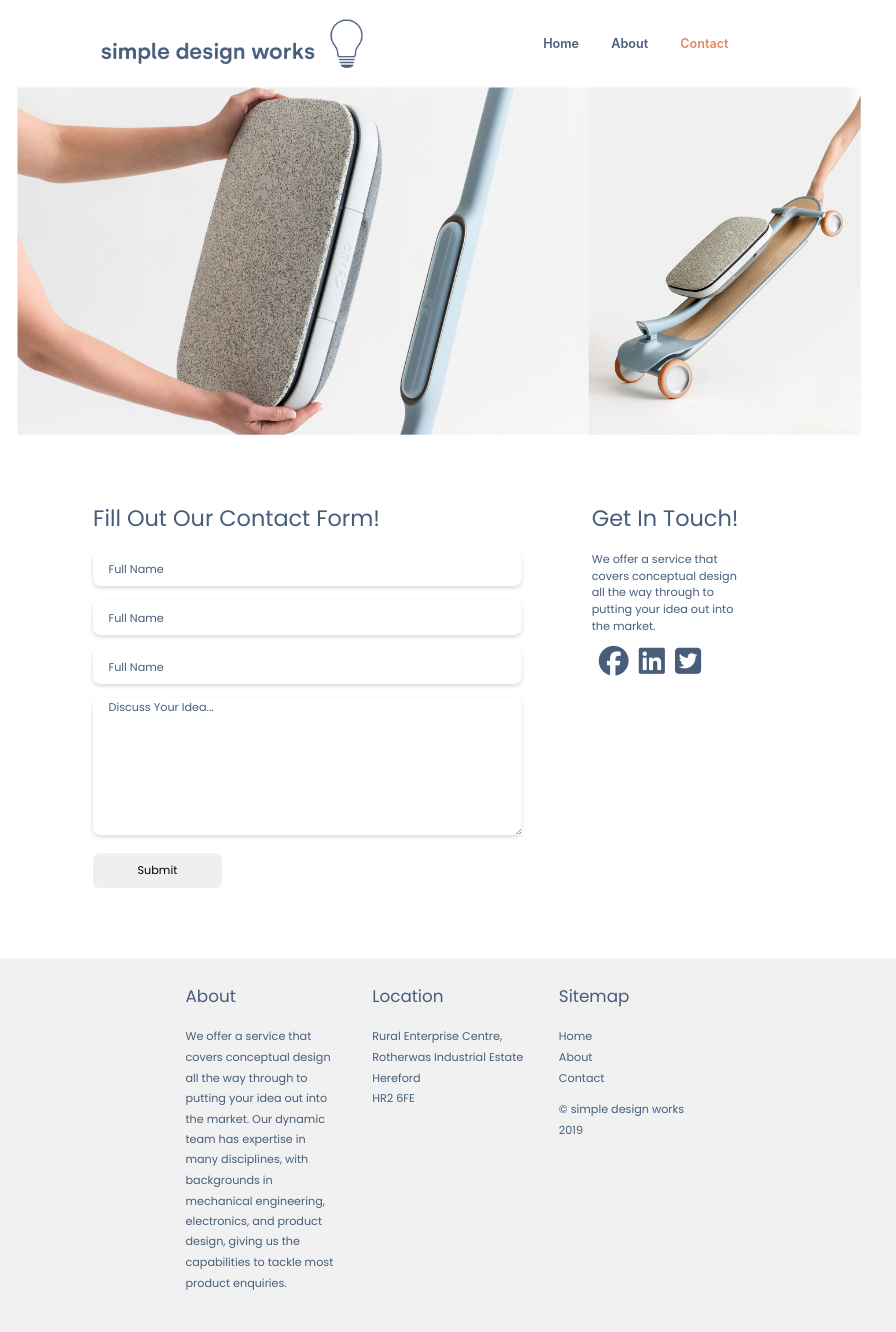
Repository: cobyfoster99/User-Centric-frontend-project
Page: contact.html
The author's editor kept a record of every edit. The page is drawn from the files as they stood at one moment, then again after the next edit.
The browser window is 1280 px wide. The pictures show the whole page, at 70% of full size.
Some web libraries are served in a nearby version.

Above is the page before.

### contact.html
<!DOCTYPE html>
<html lang="en">

<head>
    <meta charset="UTF-8">
    <meta name="viewport" content="width=device-width, initial-scale=1.0, max-scale=1.0">
    <meta http-equiv="X-UA-Compatible" content="ie=edge">
    <link rel="stylesheet" href="assets/css/style.css" type="text/css" />
    <link rel="stylesheet" href="https://stackpath.bootstrapcdn.com/font-awesome/4.7.0/css/font-awesome.min.css" type="text/css" />
    <script src="https://kit.fontawesome.com/78b1021543.js"></script>
    <link rel="stylesheet" href="https://stackpath.bootstrapcdn.com/bootstrap/4.3.1/css/bootstrap.min.css" integrity="sha384-ggOyR0iXCbMQv3Xipma34MD+dH/1fQ784/j6cY/iJTQUOhcWr7x9JvoRxT2MZw1T" crossorigin="anonymous">
    <title>Simple Design Works | Product Design Agency</title>
</head>

<body>

    <header>
        <nav class="navbar navbar-expand-md">
            <img class="logo img-responsive" src="./assets/media-library/logo.png"></img>
            <button class="navbar-toggler navbar-light" type="button" data-toggle="collapse" data-target="#collapsibleNavbar">
    <span class="navbar-toggler-icon"></span>
  </button>
            <div class="collapse navbar-collapse nav-center" id="collapsibleNavbar">
                <ul class="navbar-nav">
                    <li class="nav-item">
                        <a class="nav-link" href="#">Home</a>
                    </li>
                    <li class="nav-item">
                        <a class="nav-link" href="#">About</a>
                    </li>
                    <li class="nav-item">
                        <a class="nav-link nav-active" href="#">Contact</a>
                    </li>
                </ul>
            </div>
        </nav>
    </header>

    <section>

        <!--------------------- Global Banner Image--------------------->
        <div class="container-fluid">
            <div class="row banner-image-container no-gutters">
                <img class="banner-image" src="assets/media-library/home_image.jpg"></img>
            </div>
        </div>


        <!--------------------- Contact Form --------------------->
        <div class="contact-page-container">
            <div class="row">
                <div class="contact-form-contact">
                    <h2 class="home-contact-header">Fill Out Our Contact Form!</h2>

                    <form>

                        <input type="ftext" name="full-name" placeholder="Full Name" class="full-name" />

                        <input type="ftext" name="full-name" placeholder="Full Name" class="full-name" />

                        <input type="ftext" name="full-name" placeholder="Full Name" class="full-name" />


                        <textarea rows="8" name="discuss" placeholder="Discuss Your Idea..." class="dicuss-idea"></textarea>

                        <input type="submit" value="Submit" class="submit-button" />
                    </form>
                </div>


                <div class="contact-info-contact">
                    <h2 class="home-contact-header">Get In Touch!</h2>
                    <p class="contact-info-p">We offer a service that covers conceptual design all the way through to putting your idea out into the market.
                    </p>

                    <a href="https://www.facebook.com/simpledesignworks"><i class="icon fab fa-facebook"></i></a>
                    <a href="https:/https://www.linkedin.com/company/10354689"><i class="icon fab fa-linkedin"></i></a>
                    <a href="https://twitter.com/SDW_LTD"><i class="icon fab fa-twitter-square"></i></a>

                </div>

            </div>
        </div>
    </section>

    <footer>
        <div class="container-fluid">
            <div class="row no-gutters footer-about">
                <div class="col-sm footer-section">
                    <h2 class="footer-h2">About</h2>
                    <p class="footer-p">We offer a service that covers conceptual design all the way through to putting your idea out into the market. Our dynamic team has expertise in many disciplines, with backgrounds in mechanical engineering, electronics, and product
                        design, giving us the capabilities to tackle most product enquiries.
                    </p>
                </div>
                <div class="col-sm footer-section footer-location">
                    <h2 class="footer-h2">Location</h2>
                    <p class="footer-p">Rural Enterprise Centre,<br> Rotherwas Industrial Estate<br> Hereford
                        <br> HR2 6FE<br>
                    </p>
                </div>
                <div class="col-sm footer-section footer-sitemap">
                    <h2 class="footer-h2">Sitemap</h2>
                    <p class="footer-p"><a class="footer-links" href="/home">Home</a> <br> <a class="footer-links" href="/about">About</a> <br> <a class="footer-links" href="/contact">Contact</a> <br>
                        <p class="footer-p">© simple design works 2019</p>
                    </p>
                </div>


            </div>
        </div>
    </footer>

</body>

</html>

### assets/css/style.css
/* ------------------------------------------- Typography */

@import url('https://fonts.googleapis.com/css?family=Poppins:400,600,700&display=swap');

h1,
h2,
h3,
h4,
h5,
p,
span {
    font-family: "poppins", sans-serif;
    color: #475D7B;
}



/* -------------------------------------------- Header */

header {
    background-color: #fffff;
    padding-top: 20px;
    padding-bottom: 20px;
}

.logo {
    display: inline-block;
    max-width: 70%;
    height: auto;
    transition: all .5s ease-in-out;
    -moz-transition: all .5s ease-in-out;
    -webkit-transition: all .5s ease-in-out;
}

@media only screen and (max-width: 1920px) and (min-width: 1220px) {
    .nav-center {
        margin-left: 220px;
        margin-right: auto;
    }
}

@media only screen and (max-width: 1920px) and (min-width: 1220px) {
    nav {
        width: 80%;
        margin-left: auto;
        margin-right: auto;
    }
}

.navbar-light .navbar-nav .nav-link {
    color: #475D7B;
}

.nav-link {
    font-size: 18px;
    text-align: center;
    text-decoration: none;
    color: #475D7B;
    font-weight: 600;
    transition: all .5s ease-in-out;
    -moz-transition: all .5s ease-in-out;
    -webkit-transition: all .5s ease-in-out;
}

.nav-item {
    padding-left: 30px;
}

.nav-link:hover {
    color: #E18763;
}

.nav-active {
    color: #E18763;
}

/* -------------------------------------------- Media Queries - Header */

@media only screen and (max-width: 1440px) and (min-width: 768px) {
    .menuitem {
        padding-bottom: 10px;
    }
}




/* -------------------------------------------- Banner Image Global */

.banner-image {
    display: block;
    margin-left: auto;
    margin-right: auto;
    padding-left: 10px;
    max-width: 100%;
    height: auto;
}

/* -------------------------------------------- SDW Catchphrase Global */

.catchphrase {
    display: block;
    text-align: center;
    margin-left: auto;
    margin-right: auto;
    padding-top: 75px;
}

.header-h3 {
    text-align: center;
    display: inline-block;
    padding-left: 10px;
}

/* -------------------------------------------- Home-page About */

.about-section {
    display: block;
    box-shadow: 0px 3px 6px rgba(0, 0, 0, 0.15);
    border-radius: 25px;
    margin-bottom: 50px;
    margin-top: 100px;
}

.aligned-border {
    padding: 20px;
}

.about-h3 {
    padding-top: 75px;
    line-height: 35pt;
    letter-spacing: 1.5px;
}

.about-p {
    padding-top: 20px;
    padding-bottom: 75px;
    line-height: 35pt;
    letter-spacing: 1.5px;
    font-size: 20px;
}

.container-about {
    margin-left: auto;
    margin-right: auto;
    width: 80%;
}


/* -------------------------------------------- Media Queries - Home-page-about */

@media only screen and (max-width: 1920px) and (min-width: 1200px) {
    .container-about {
        margin-right: 0;
        margin-left: 10%;
        width: 90%;
    }
}

@media only screen and (max-width: 1920px) and (min-width: 1200px) {
    .about-section {
        border-radius: 25px 0px 0px 25px;
    }
}


@media only screen and (max-width: 1920px) and (min-width: 1200px) {
    .about-p,
    .about-h3 {

        padding-left: 80px;

    }
}

@media only screen and (max-width: 1220px) and (min-width: 320px) {
    .about-p,
    .about-h3 {

        line-height: normal;
        letter-spacing: normal;
        text-align: center;

    }
}

@media only screen and (max-width: 1220px) and (min-width: 320px) {
    .about-p {
        padding-bottom: 50px;
        padding-top: 0px;
        font-size: 16px;
    }
}

@media only screen and (max-width: 1220px) and (min-width: 320px) {
    .about-h3 {
        padding-top: 50px;
    }
}



/* -------------------------------------------- Media Queries - Catchphrase Global */

@media only screen and (max-width: 1920px) and (min-width: 768px) {
    .header-h3 {
        padding-left: 75px;
        padding-right: 75px;
    }
}






/* -------------------------------------------- Footer */

footer {
    background-color: #f1f1f1;
    padding-top: 20px;
    padding-bottom: 20px;
}

.footer-section {
    text-align: left;
    padding-top: 20px;
    padding-bottom: 20px;
}


.footer-h2 {
    padding-bottom: 20px;
    font-size: 24px;
    text-align: left;
}

.footer-p {
    font-size: 16px;
    line-height: 22pt;
    text-align: left;
}

.footer-links {
    text-decoration: none;
    color: #475D7B;
}

.footer-links:hover {
    text-decoration: none;
    color: #475D7B;
}

/* -------------------------------------------- Media Queries - Footer */

@media only screen and (max-width: 1920px) and (min-width: 1220px) {
    .footer-location {
        margin-left: 180px;
    }
}

@media only screen and (max-width: 1920px) and (min-width: 1220px) {
    footer {
        padding-left: 250px;
        padding-right: 250px;
    }
}

@media only screen and (max-width: 1200px) and (min-width: 768px) {
    footer {
        padding-left: 50px;
        padding-right: 0px;
    }
}

@media only screen and (max-width: 1440px) and (min-width: 768px) {
    .footer-sitemap,
    .footer-location {
        margin-left: 50px;
        padding-right: 0px;
    }
}

@media only screen and (max-width: 1200px) and (min-width: 386px) {
    .footer-p {
        font-size: 14px;
    }
}





/* -------------------------------------------- Portfolio Section - Homepage*/

.container-porfolio {
    margin-left: auto;
    margin-right: auto;
    width: 80%;
    padding-top: 100px;
    padding-bottom: 100px;
}

.portfolio-title {
    padding-left: 80px;
    padding-bottom: 50px;
}

@media only screen and (max-width: 1200px) and (min-width: 300px) {
    .portfolio-title {
        padding-left: 0px;
        text-align: center;
        padding-bottom: 20px;
    }
}

.skp-image {
    transition: all .5s ease-in-out;
    -moz-transition: all .5s ease-in-out;
    -webkit-transition: all .5s ease-in-out;
    display: inline-block;
}


@media only screen and (max-width: 1200px) and (min-width: 300px) {
    .container-portfolio {
        width: 100%;
        margin: 0;
    }
}

.folio-image {
    max-width: 100%;
    width: auto;
    min-height: auto;
    vertical-align: top;
    margin-right: auto;
    margin-left: auto;
    padding-top: 25px;
}

.folio-image-right {
    vertical-align: top;
    float: left;
    text-align: right;
}

.portfolio-skp {
    margin-left: auto;
    margin-right: auto;
}

@media only screen and (max-width: 1920px) and (min-width: 1200px) {
    .portfolio-item-large {
        margin: 0;
    }
}

.padded-image {
    padding-bottom: 0px;
}

@media only screen and (max-width: 1920px) and (min-width: 1200px) {
    .left-Featured {
        text-align: left;
        padding-left: 80px;
    }

}

.left-Featured {
    padding-bottom: 50px;
}


/* -------------------------------------------- Contact Section - Homepage*/

.container-contact {
    margin-left: auto;
    margin-right: auto;
    width: 80%;
    padding-bottom: 100px;
}

.full-name {
    margin-top: 20px;
    width: 100%;
    height: 50px;
    box-shadow: 0px 3px 6px rgba(0, 0, 0, 0.15);
    border-radius: 10px;
    border: none;
    font-family: "poppins", sans-serif;
    font-size: 16px;
}

::-webkit-input-placeholder {
    color: #475D7B;
    padding-left: 20px;
}


.dicuss-idea {
    margin-top: 20px;
    width: 100%;
    box-shadow: 0px 3px 6px rgba(0, 0, 0, 0.15);
    border-radius: 10px;
    border: none;
    font-family: "poppins", sans-serif;
    font-size: 16px;
}

.submit-button {
    width: 30%;
    margin-top: 20px;
    margin-left: 0;
    height: 50px;
    border-radius: 10px;
    border: none;
    font-family: "poppins", sans-serif;
    font-size: 16px;

}

/* -------------------------------------------- Meet the Team - About Page*/

.meet-the-team {
    width: 80%;
    margin-left: auto;
    margin-right: auto;
    display: flex;
    flex-wrap: wrap;
}

.meet-the-team-box {
    margin-top: 50px;
    box-shadow: 0px 3px 6px rgba(0, 0, 0, 0.15);
    border-radius: 10px;
    margin-bottom: 20px;
}


.meet-the-team-img {
    max-width: 100%;
    height: auto;

}

@media only screen and (max-width: 1920px) and (min-width: 1200px) {
    .meet-the-team-box {
        max-width: 33.33%;
        margin-left: auto;
        margin-right: auto;
    }
}

@media only screen and (max-width: 1200px) and (min-width: 768px) {
    .meet-the-team-box {
        max-width: 45%;
        margin-left: 10px;
        margin-right: 10px;
    }
}

.meet-the-team-h4 {
    padding: 30px 0px 0px 20px;
    font-style: italic;
}

.meet-the-team-h5 {
    padding: 30px 30px 30px 20px;
    font-style: italic;
    font-size: 18px;
}

.bottom-box-row {
    padding-bottom: 50px;
}

.padding-100 {
    padding-top: 100px;
}


/* -------------------------------------------- Contact Page*/

.contact-page-container {
    width: 80%;
    margin-left: auto;
    margin-right: auto;
}

.contact-form-contact {
    width: 60%;
    padding-left: 20px;
    padding-top: 100px;
    padding-bottom: 100px;
    display: inline-block;
}

.contact-info-contact {
    padding-left: 100px;
    padding-top: 100px;
    width: 30%;
    display: inline-block;
}

.contact-info-p {
    padding-top: 20px;
}

.icon {
    padding-left: 10px;
    font-size: 32pt;
    color: #475D7B;
    border-radius: 50%
}

.home-contact-sub {
    padding-top: 50px;
}

@media only screen and (max-width: 786px) and (min-width: 324px) {
    .contact-form-contact {
        width: 100%;
        padding-left: 10px;
        padding-top: 100px;
        padding-bottom: 100px;
        display: inline-block;
    }
}

@media only screen and (max-width: 786px) and (min-width: 324px) {.contact-info-contact {
    padding-left: 0px;
    padding-top: 0px;
    padding-bottom: 50px;
    width: 100%;
    display: inline-block;
}
}

After the next edit:
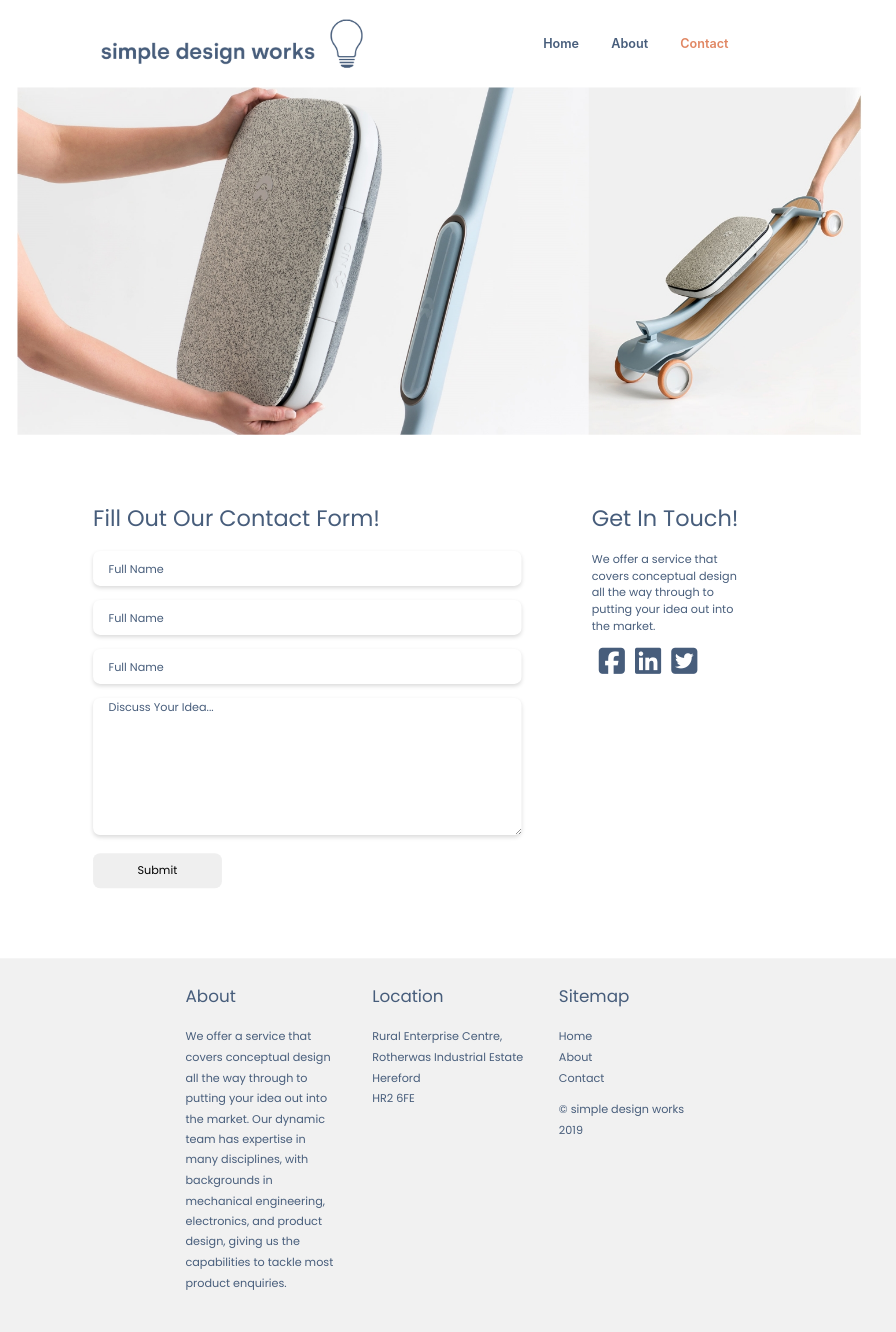
The edit:
--- a/contact.html
+++ b/contact.html
@@ -73,7 +73,7 @@
                     <p class="contact-info-p">We offer a service that covers conceptual design all the way through to putting your idea out into the market.
                     </p>
 
-                    <a href="https://www.facebook.com/simpledesignworks"><i class="icon fab fa-facebook"></i></a>
+                    <a href="https://www.facebook.com/simpledesignworks"><i class="icon fab fa-facebook-square"></i></a>
                     <a href="https:/https://www.linkedin.com/company/10354689"><i class="icon fab fa-linkedin"></i></a>
                     <a href="https://twitter.com/SDW_LTD"><i class="icon fab fa-twitter-square"></i></a>
 
